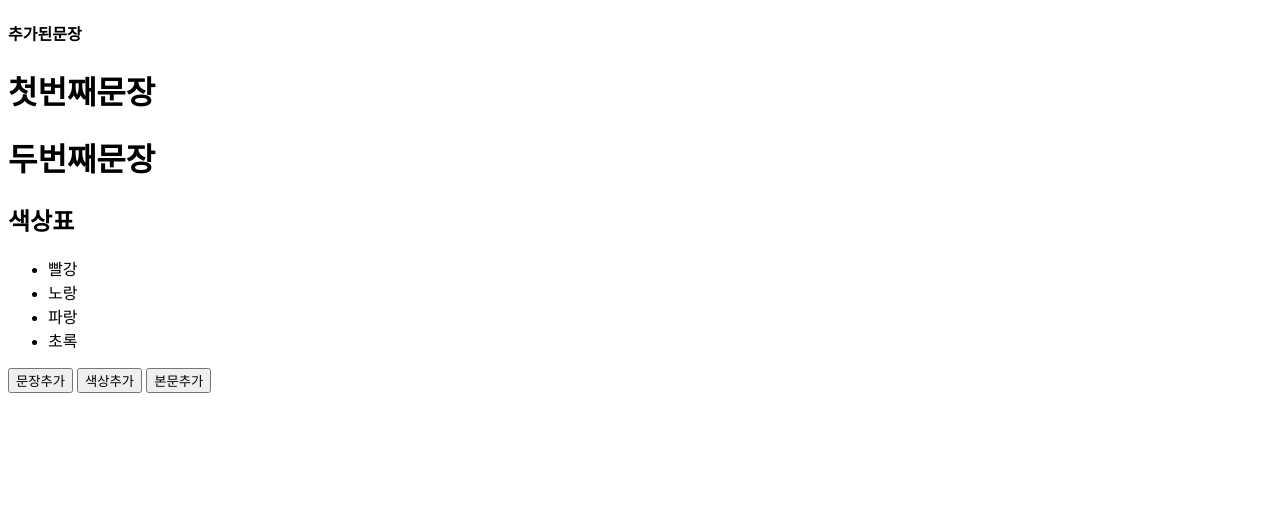
Repository: Jooheehan-kopo/web-workspace
Page: Lecture-web/WebContent/Jquery/exam14.html
An editor plug-in stored every save of this project. The page is shown before and after the next save, followed by the edit.
The browser window is 1280 px wide. The pictures show the whole page.
After loading, the first visible `#btn03` was clicked once.

Above is the page before, as saved 2021-06-17 06:29:49.

### Lecture-web/WebContent/Jquery/exam14.html
<!DOCTYPE html>
<html>
<head>
<meta charset="UTF-8">
<title>Insert title here</title>
<script src="js/jquery-3.6.0.min.js"></script>
<script>

// 문장추가시키기

	$(document).ready(function() {
		$('#btn01').click(function() {

			/*
			let h1Tag = document.createElement('h1')
			let text = document.createTextNode('세번째 문장')
			h1Tag.appendChild(text)
			document.querySelector('div').appendChild(h1Tag)
			*/
			$('div').append('<h1>세번째문장</h1>')

		})

		$('#btn02').click(function(){
			$('ul').append('<li>검정</li>')  //뒷쪽에 추가
			$('ul').prepend('<li>검정</li>') //앞쪽에 추가
		})

		$('#btn03').click(function(){
			$('body').prepend('<h4>추가된문장</h4>')
		})
	})
</script>

</head>
<body>
<div>
	<h1>첫번째문장</h1>
	<h1>두번째문장</h1>
	</div>
	<h2>색상표</h2>

	<ul>
		<li>빨강</li>
		<li>노랑</li>
		<li>파랑</li>
		<li>초록</li>
	</ul>
	<button id="btn01">문장추가</button>
	<button id="btn02">색상추가</button>
	<button id="btn03">본문추가</button>
</body>
</html>

Loaded but not shown: Lecture-web/WebContent/Jquery/js/jquery-3.6.0.min.js (library)

After the next save:
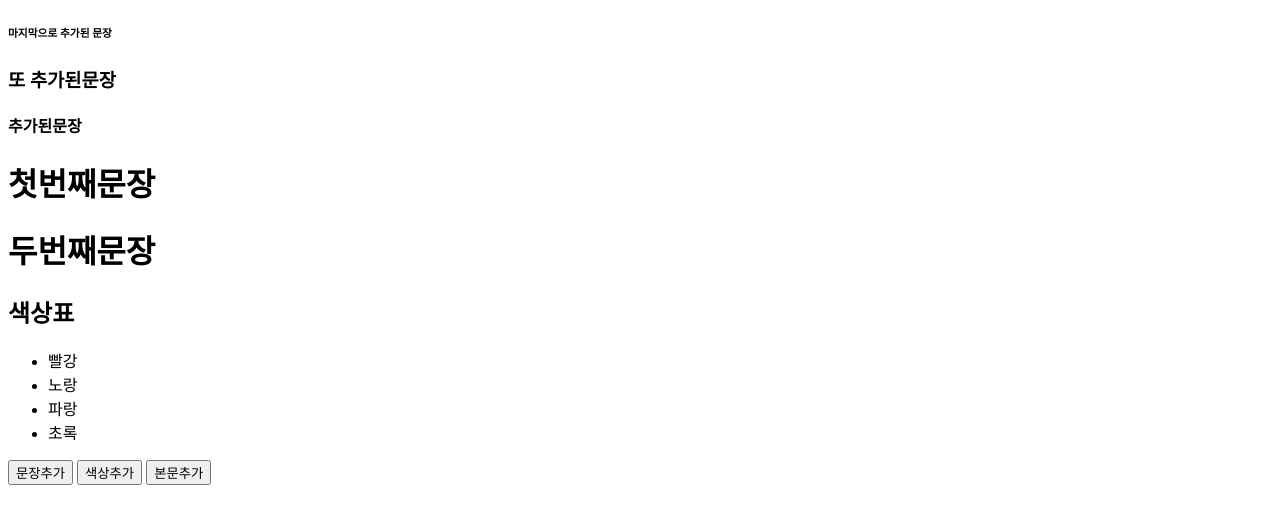
Saved 35 s later.
--- a/Lecture-web/WebContent/Jquery/exam14.html
+++ b/Lecture-web/WebContent/Jquery/exam14.html
@@ -28,6 +28,8 @@
 
 		$('#btn03').click(function(){
 			$('body').prepend('<h4>추가된문장</h4>')
+			$('body').prepend('<h3>또 추가된문장</h3>')
+			$('body').prepend('<h6>마지막으로 추가된 문장</h6>')
 		})
 	})
 </script>
